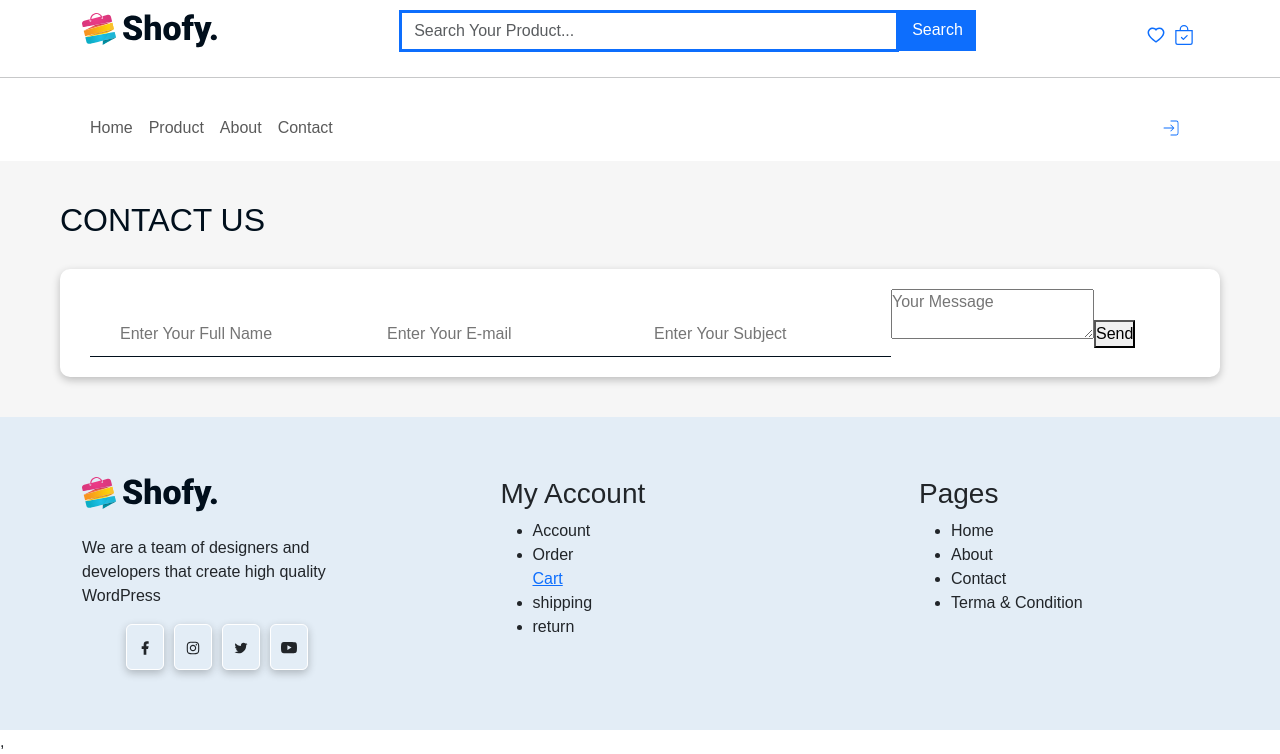
Repository: YomnaWegdan/E-commerce
Page: /contact
An editor plug-in stored every save of this project. The page is shown before and after a run of saves, followed by the edit.
The browser window is 1280 px wide. The pictures show the whole page.
The project was rebuilt for these pictures with package versions that can differ from the ones it lists, and the page was loaded fresh each time. Also part of the build but not shown: src/App.css, src/Pages/Home.css, src/Components/HomeProduct.js, src/Pages/Home.js, src/Pages/Product.js, src/Components/Cart/Cart.css, src/Components/Cart/Cart.js.

Above is the page before, as saved 2023-08-09 00:48:55.

After the next 6 saves:
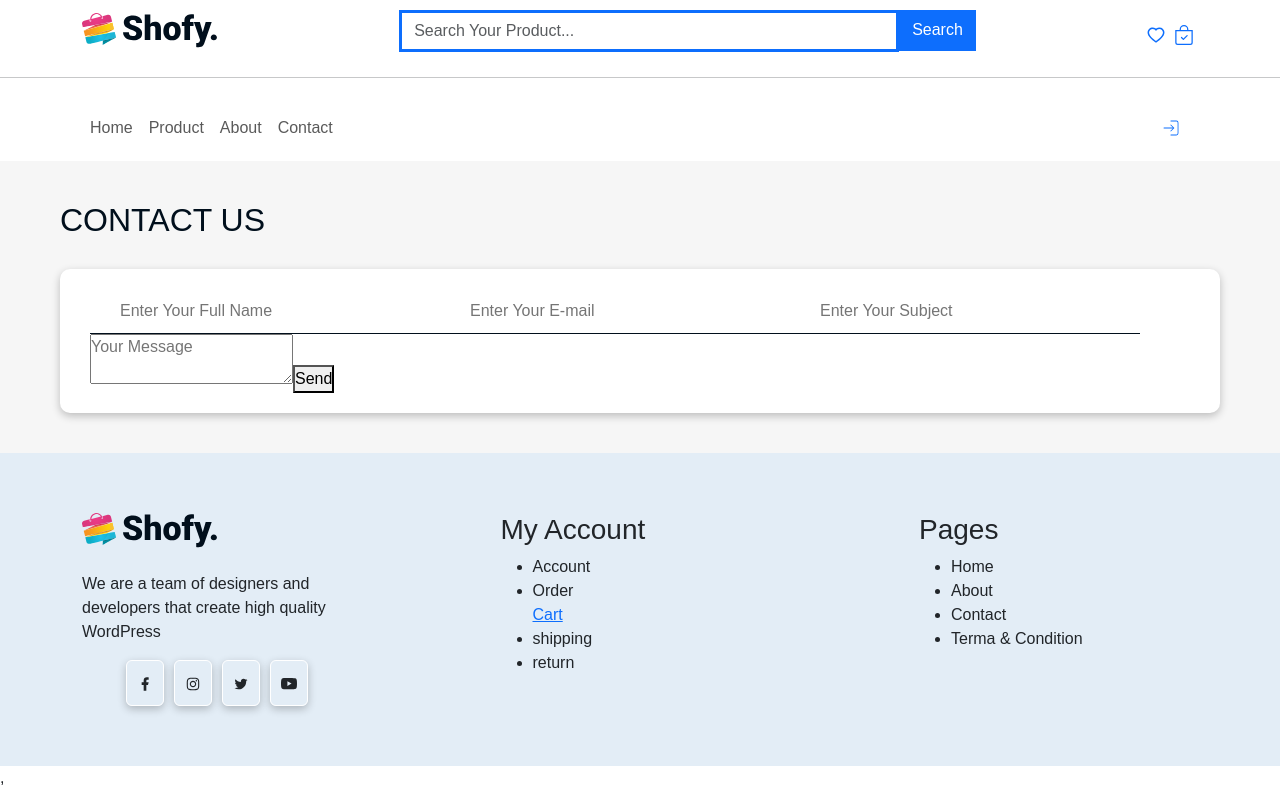
The 6 saves are shown as one change because they came seconds apart.
The last was saved 15 s later.
--- a/src/Pages/Contact.css
+++ b/src/Pages/Contact.css
@@ -26,5 +26,6 @@
     outline: none;
     background: none;
     border-bottom: 1px solid #010f1c;
+    width: 350px;
 
 }
